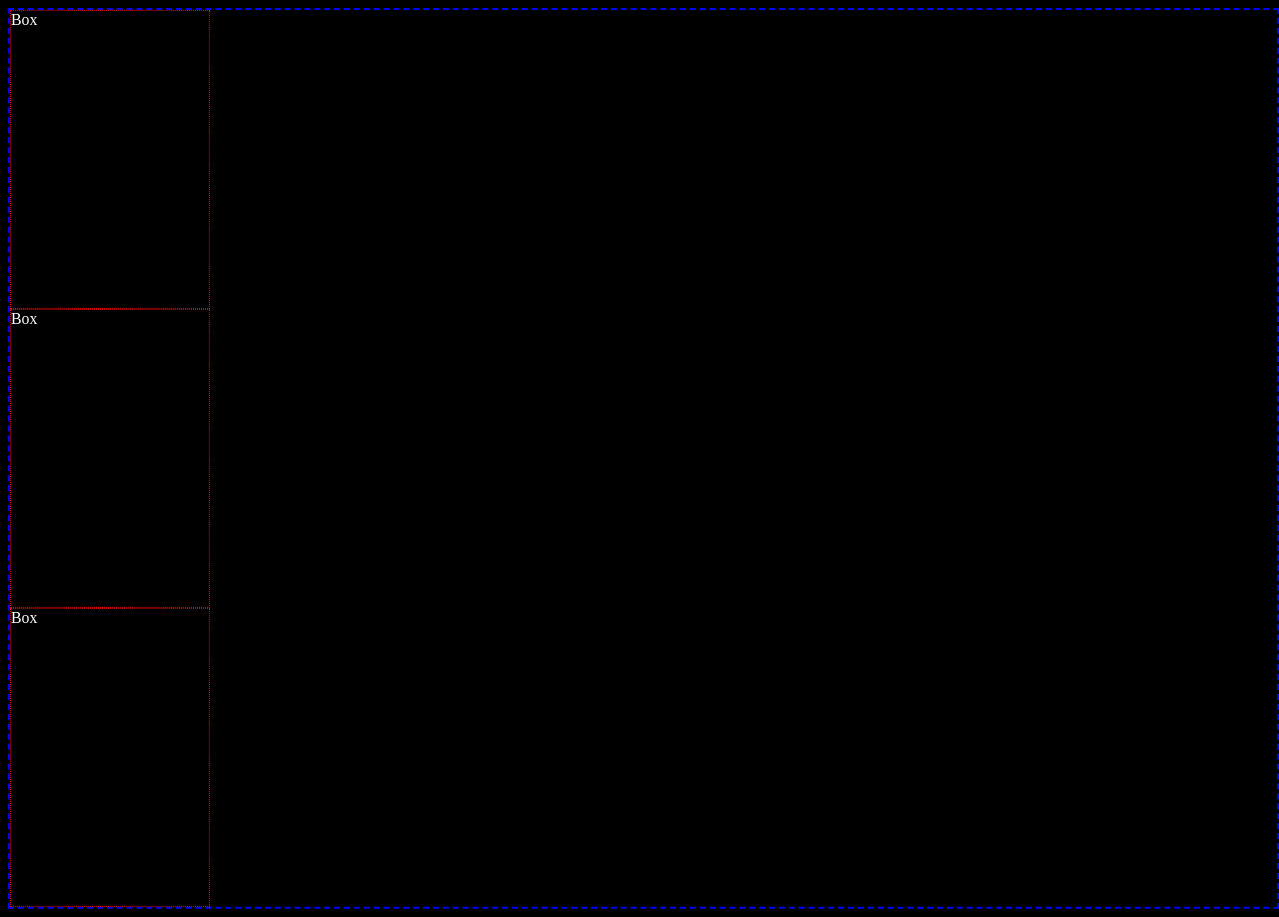
Repository: burnsco/social-editor
Page: index.html
These files come from the project's save history. The page is drawn as it stood at one moment and after the next save; the edit follows.
The browser window is 1280 px wide. The page is 1292 px wide, so the pictures cover 1292 px, including what lies to the right of the window. The pictures show the whole page, at 99% of full size.

Above is the page before, as saved 2024-01-08 08:06:56.

### index.html
<!DOCTYPE html>
<html lang="en">

<head>
  <meta charset="UTF-8">
  <meta name="viewport" content="width=device-width, initial-scale=1.0">
  <title>SocialEditor -- Simple editor to create and publish social media posts</title>
  <link rel="stylesheet" href="index.css">
</head>

<body>

  <main class="main-container">

    <div class="box">
      Box
    </div>

    <div class="box">
      Box
    </div>

    <div class="box">
      Box
    </div>

  </main>


</body>

</html>

### index.css
body {
  background-color: black;
  color: white;
}

.main-container {
  border: 2px dashed blue;
  width: 100vw;
  display: flex;
  flex-direction: column;
}

.box {
  width: 200px;
  height: 300px;
  border: 1px dotted red;
}

After the next save:
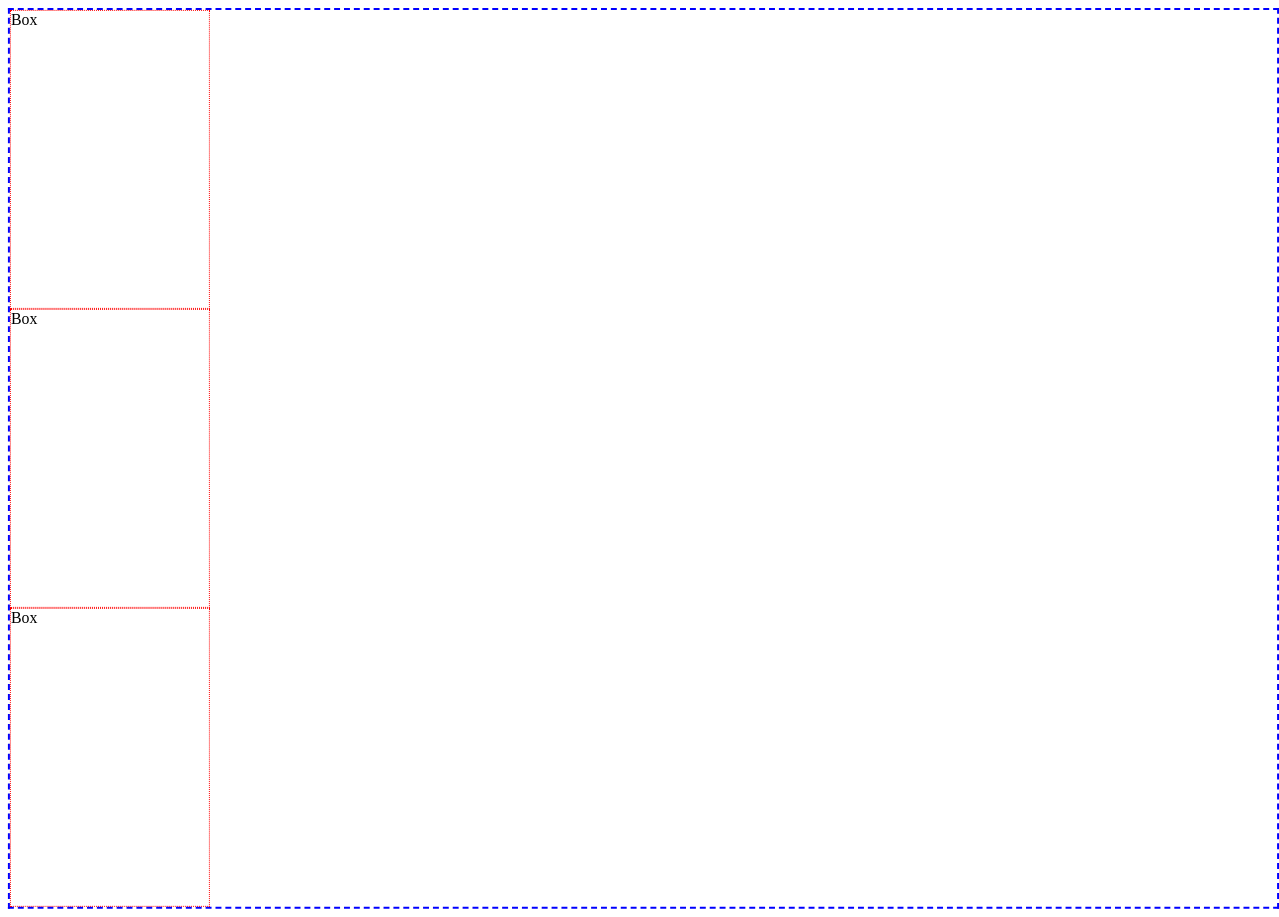
Saved 9 s later.
--- a/index.css
+++ b/index.css
@@ -1,5 +1,5 @@
 body {
-  background-color: black;
+  background-color: whitesmoke
   color: white;
 }
 
